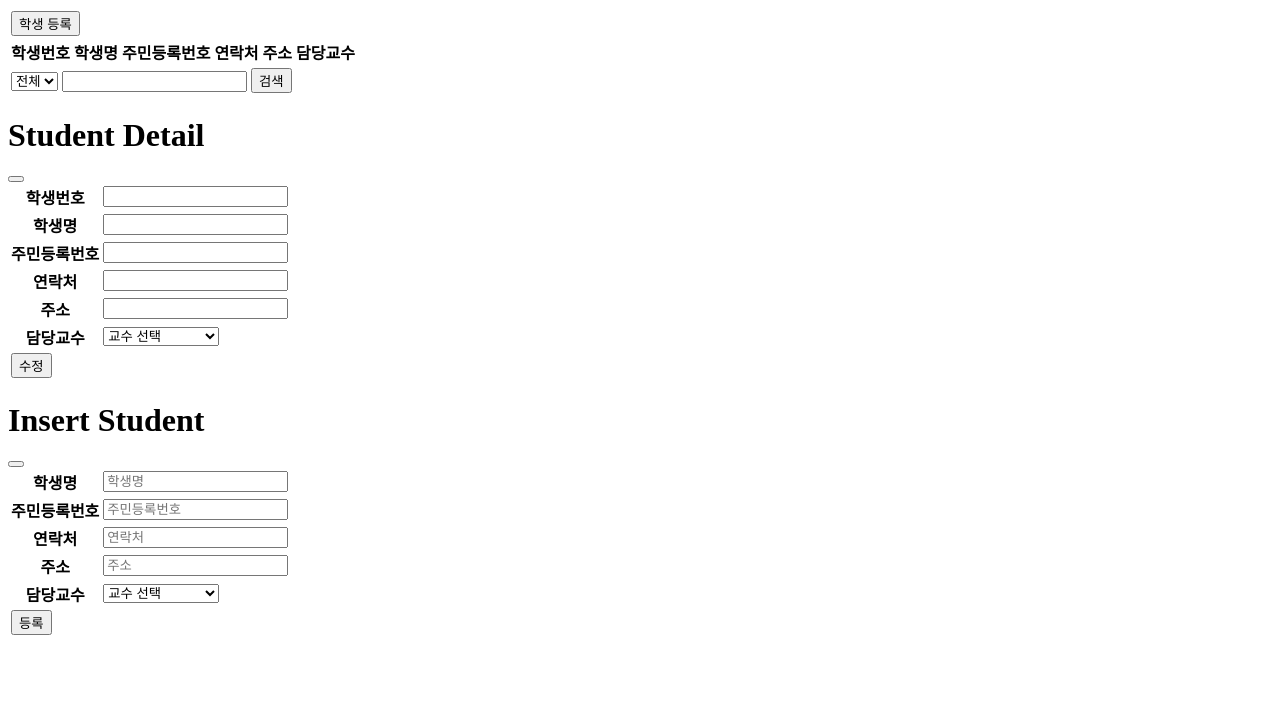
Repository: hoseolkim/restart
Page: http://localhost/HaksaManage/WEB-INF/views/staff/staffStudentView.jsp
The author's editor kept a copy of each file at every save. The page is drawn from the files as they stood at one save, then again after the next save.
The browser window is 1280 px wide. The pictures show the whole page.
The page is served by Tomcat 9. Nobody is signed in. Other server files are loaded and not shown. The template is opened directly, without the code that normally fills it, so the values that code supplies are empty.

Above is the page before, as saved 2023-10-09 05:21:36.
Console error: ReferenceError: $ is not defined

### HaksaManage/src/main/webapp/WEB-INF/views/staff/staffStudentView.jsp
<%@ page language="java" contentType="text/html; charset=UTF-8"
    pageEncoding="UTF-8"%>
<%@ taglib uri="http://java.sun.com/jsp/jstl/core" prefix="c" %>

<style>
#studentTR{
	cursor: pointer;
}
</style>

<table class="table table-bordered">
	<thead>
		<tr>
			<td colspan="7"><button id="studentForm" class="btn btn-primary" data-bs-toggle="modal" data-bs-target="#exampleModal" >학생 등록</button></td>
		</tr>
		<tr>
			<th>학생번호</th>
			<th>학생명</th>
			<th>주민등록번호</th>
			<th>연락처</th>
			<th>주소</th>
			<th>담당교수</th>
			<th></th>
		</tr>
	</thead>
	<tbody id="studentList">
	</tbody>
	<tfoot>
		<tr>
			<td colspan="7">
				<div id="paginationHTML">
				</div>
				<div id="searchUI" class="text-center">
					<select name="searchType">
						<option value>전체</option>
						<option value="name">이름</option>
						<option value="address">주소</option>
					</select>
					<input type="text" name="searchWord" />
					<input type="button" value="검색" id="searchBtn" />
				</div>
			</td>
		</tr>
	</tfoot>
</table>
<c:url value="/staff/student" var="studentList" />
<form id="searchForm" action="${studentList }">
	<input type="hidden" name="searchType" />
	<input type="hidden" name="searchWord" />
	<input type="hidden" name="page" />
</form>


<!-- Update Modal -->
<div class="modal fade" id="studentDetail" tabindex="-1" aria-labelledby="exampleModalLabel" aria-hidden="true">
  <div class="modal-dialog">
    <div class="modal-content">
      <div class="modal-header">
        <h1 class="modal-title fs-5" id="exampleModalLabel">Student Detail</h1>
        <button type="button" class="btn-close" data-bs-dismiss="modal" aria-label="Close"></button>
      </div>
      <div class="modal-body">
			<table class="table table-bordered">
        		<tr>
        			<th>학생번호</th>
        			<td><input type="text" id="stdNo" name="stdNo" class="form-control" required readonly /></td>
        		</tr>
        		<tr>
        			<th>학생명</th>
        			<td><input type="text" id="stdName" name="stdName" class="form-control" required /></td>
        		</tr>
        		<tr>
        			<th>주민등록번호</th>
        			<td><input type="text" id="stdId" name="stdId" class="form-control" required /></td>
        		</tr>
        		<tr>
        			<th>연락처</th>
        			<td><input type="text" id="stdTelno" name="stdTelno" class="form-control" required /></td>
        		</tr>
        		<tr>
        			<th>주소</th>
        			<td><input type="text" id="stdAdd" name="stdAdd" class="form-control" required /></td>
        		</tr>
        		<tr>
        			<th>담당교수</th>
        			<td>
        				<select name="proCd" id="proCd" class="form-control">
        					<option value>교수 선택</option>
        					<c:choose>
					        	<c:when test="${not empty professorList }">
									<c:forEach items="${professorList }" var="professor">
										<option value="${professor.proCd }">${professor.proName }</option>
									</c:forEach>
								</c:when>
								<c:otherwise>
									<option value>교수 정보가 없음</option>
								</c:otherwise>
        					</c:choose>
        				</select>
        			</td>
        		</tr>
        		<tr>
        			<td colspan="2"><input type="submit" class="btn btn-primary" value="수정" /></td>
        		</tr>
        	</table>
      </div>
      <div class="modal-footer">
      </div>
    </div>
  </div>
</div>




<!-- Insert Modal -->
<div class="modal fade" id="exampleModal" tabindex="-1" aria-labelledby="exampleModalLabel" aria-hidden="true">
  <div class="modal-dialog">
    <div class="modal-content">
      <div class="modal-header">
        <h1 class="modal-title fs-5" id="exampleModalLabel">Insert Student</h1>
        <button type="button" class="btn-close" data-bs-dismiss="modal" aria-label="Close"></button>
      </div>
      <div class="modal-body">
        <form id="studentInsertForm" method="post" action="<%=request.getContextPath() %>/staff/student" enctype="multipart/form-data">
        	<table class="table table-bordered">
        		<tr>
        			<th>학생명</th>
        			<td><input type="text" name="stdName" class="form-control" placeholder="학생명" required /></td>
        		</tr>
        		<tr>
        			<th>주민등록번호</th>
        			<td><input type="text" name="stdId" class="form-control" placeholder="주민등록번호" required /></td>
        		</tr>
        		<tr>
        			<th>연락처</th>
        			<td><input type="text" name="stdTelno" class="form-control" placeholder="연락처" required /></td>
        		</tr>
        		<tr>
        			<th>주소</th>
        			<td><input type="text" name="stdAdd" class="form-control" placeholder="주소" required /></td>
        		</tr>
        		<tr>
        			<th>담당교수</th>
        			<td>
        				<select name="proCd" class="form-control">
        					<option value>교수 선택</option>
        					<c:choose>
					        	<c:when test="${not empty professorList }">
									<c:forEach items="${professorList }" var="professor">
										<option value="${professor.proCd }">${professor.proName }</option>
									</c:forEach>
								</c:when>
								<c:otherwise>
									<option value>교수 정보가 없음</option>
								</c:otherwise>
        					</c:choose>
        				</select>
        			</td>
        		</tr>
        		<tr>
        			<td colspan="2"><input type="submit" class="btn btn-primary" value="등록" /></td>
        		</tr>
        	</table>
        </form>
      </div>
      <div class="modal-footer">
      </div>
    </div>
  </div>
</div>
<script>
$(':input[name=searchType]').val("${paging.simpleCondition.searchType}");
$(':input[name=searchWord]').val("${paging.simpleCondition.searchWord}");
</script>
<script type="text/javascript" src="${pageContext.request.contextPath }/resources/js/app/staff/staff.js"></script>

### HaksaManage/src/main/webapp/resources/js/app/staff/staff.js
/**
 *
 */
function fn_paging(page){
	searchForm.page.value = page;
	searchForm.requestSubmit();
}

var makeStudentListTrTag = (student) => {
	let trTag = `
	<tr>
		<td data-std-no="${student.stdNo }">${student.stdNo }</td>
		<td>${student.stdName }</td>
		<td>${student.stdId }</td>
		<td>${student.stdTelno }</td>
		<td>${student.stdAdd }</td>
		<td data-pro-cd="${student.proVO.proCd }">${student.proVO.proName }</td>
		<td>
			<button id="stdUdtBtn" class="btn btn-primary" data-bs-toggle="modal" data-bs-target="#studentDetail" >수정</button>
			<button id="stdDelBtn" class="btn btn-primary" data-bs-toggle="modal" >삭제</button>
		</td>
	</tr>
	`;
	return trTag;
}

$(()=>{
	$(searchForm).on('submit',function(event){
		event.preventDefault();

		let url = this.action;
		let data = $(this).serialize();

		let settings = {
			url : url,
			data : data,
			dataType : 'json'
		}

		$.ajax(settings)
			.done(function(resp){
				let code = ""
				let paging = resp.paging;
				let dataList = paging.dataList;
				let paginationNav = paging.pagingHTML;
				if(dataList?.length > 0 ){
					$.each(dataList,function(i,v){
						code += makeStudentListTrTag(v);
					});
				}else{
					code += `
						<tr>
							<td colspan="7">
								학생 목록이 없습니다.
							</td>
						</tr>
					`;
				}
				$(paginationHTML).html(paginationNav);
				$(studentList).html(code);

			});

		return false;
	});
	$(searchUI).on("click","#searchBtn",function(event){
		let inputs = $(this).parents('#searchUI').find(':input[name]');
		$.each(inputs,function(idx, ipt){
			let name = ipt.name;
			let value = $(ipt).val();
			$(searchForm).find(`:input[name=\${name}]`).val(value);
		});

		$(searchForm).submit();

	});

	$(searchForm).submit();

	const cPath = $(document.body).data("contextPath");
	const baseUrl = `${cPath}/staff/student`;

	$(document).on("click", "#stdUdtBtn", function(event) {
	  let trTag = $(this).parents('tr');

      let stdNo = trTag.find('td:eq(0)').text();
      let stdName = trTag.find('td:eq(1)').text();
      let stdId = trTag.find('td:eq(2)').text();
      let stdTelno = trTag.find('td:eq(3)').text();
      let stdAdd = trTag.find('td:eq(4)').text();
      let proCd = trTag.find('td:eq(5)').data("proCd");
      let $modal = $(this).parents();
      let url = `${cPath}/staff/student`;

      $("#stdNo").val(stdNo);
      $("#stdName").val(stdName);
      $("#stdId").val(stdId);
      $("#stdTelno").val(stdTelno);
      $("#stdAdd").val(stdAdd);
      $("#proCd").val(proCd);

   });

	$(document).on("click", "#stdDelBtn", function(event){
		let flag = confirm("정말 삭제 하시겠습니까?");
		if(!flag) return false;

		let stdTr = $(this).closest("tr");
		let $stdTr = $(stdTr);
		let stdNo = stdTr.find("td[data-std-no]").data("stdNo");
		let url = `${baseUrl}/${stdNo}`;
		let settings = {
			url : url,
			method : "post",
			dataType : "json"
		};

		$.ajax(settings)
			.done(function(resp){
				if(resp.result){
					$stdTr.remove();
				}else{
					alert(resp.message);
				}
			});

	});

});

After the next save:
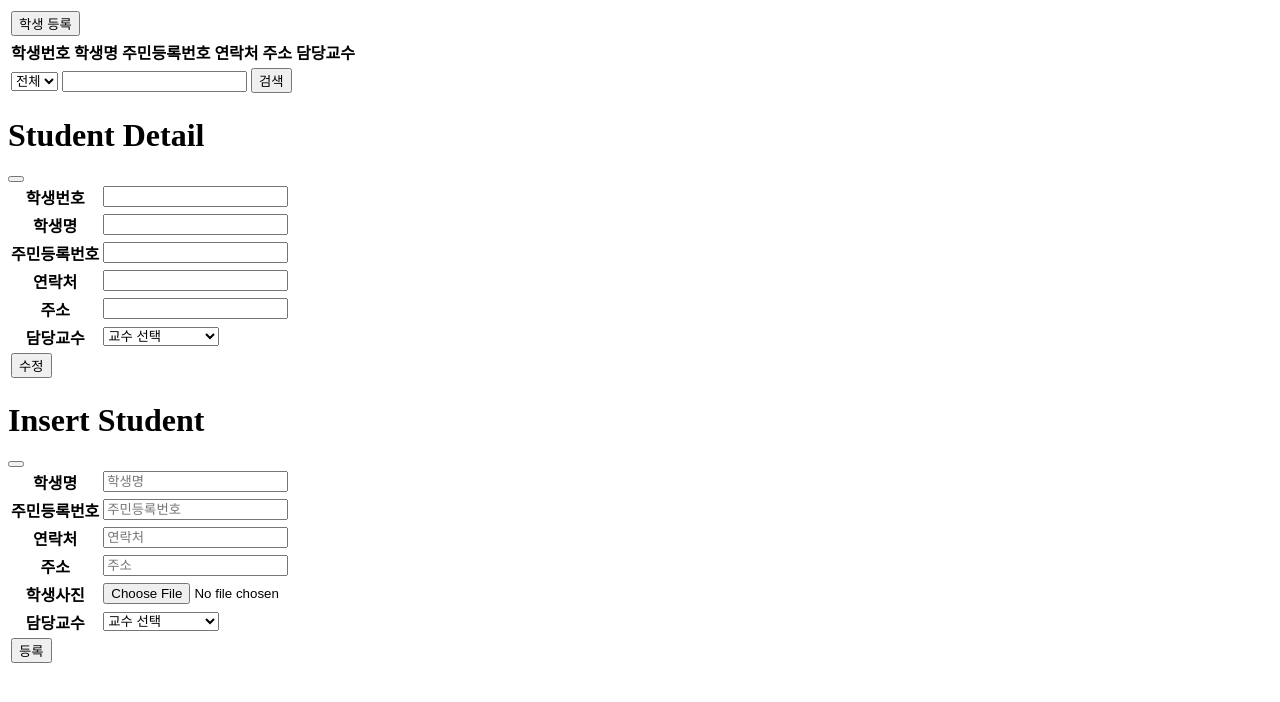
Saved 25 s later.
--- a/HaksaManage/src/main/webapp/WEB-INF/views/staff/staffStudentView.jsp
+++ b/HaksaManage/src/main/webapp/WEB-INF/views/staff/staffStudentView.jsp
@@ -141,6 +141,10 @@
         			<td><input type="text" name="stdAdd" class="form-control" placeholder="주소" required /></td>
         		</tr>
         		<tr>
+        			<th>학생사진</th>
+        			<td><input type="file" accept="image/*" name="stdAdd" class="form-control" placeholder="주소" required /></td>
+        		</tr>
+        		<tr>
         			<th>담당교수</th>
         			<td>
         				<select name="proCd" class="form-control">
